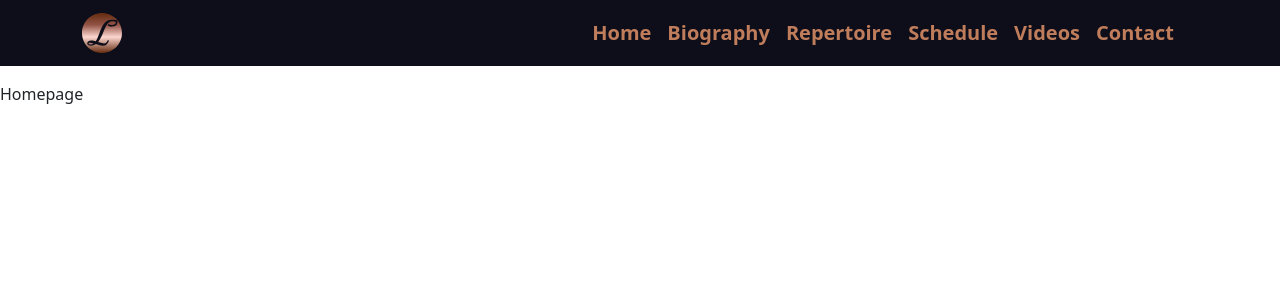
Repository: Luisossandoval/LuisHomePage
Page: /
An editor plug-in stored every save of this project. The page is shown before and after the next save, followed by the edit.
The browser window is 1280 px wide. The pictures show the whole page.
The project was rebuilt for these pictures with package versions that can differ from the ones it lists, and the page was loaded fresh each time. Also part of the build but not shown: src/App.css, src/pages/Repertoire/Repertoire.jsx, src/pages/Schedule/Schedule.jsx, src/pages/Videos/Videos.jsx, src/pages/Contact/Contact.jsx, src/pages/NotFoundPage/NotFoundPage.jsx. Imported but missing from the stored project, and not drawn on this page: src/pages/Biography/Biography.

Above is the page before, as saved 2024-10-17 17:58:32.

After the next save:
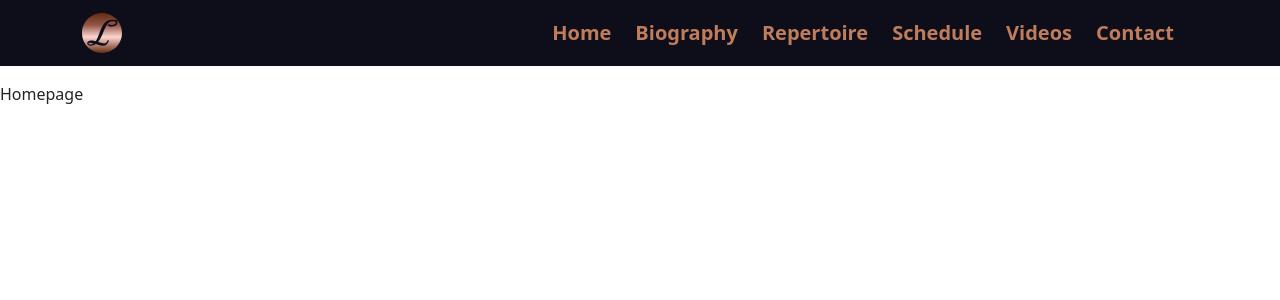
Saved 23 s later.
--- a/src/layout/AppLayout.module.scss
+++ b/src/layout/AppLayout.module.scss
@@ -8,6 +8,7 @@
 
 .menu_items {
   a {
+    margin-left: 0.5rem;
     color: #c07d5b;
     font-size: 20px;
     font-weight: 700;
